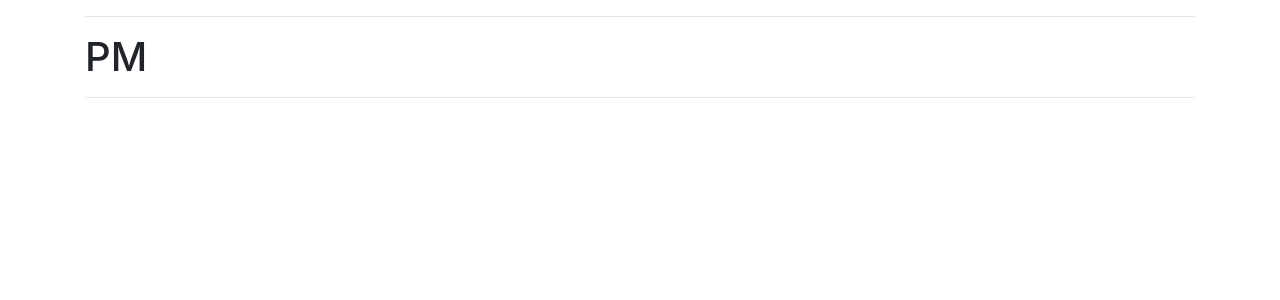
Repository: Akashk29/Wissen-Training-Projects
Page: webjavathings/PM-v1/WebContent/index.html
These files come from the project's save history. The page is drawn as it stood at one moment and after the next save; the edit follows.
The browser window is 1280 px wide. The pictures show the whole page.

Above is the page before, as saved 2018-06-25 09:00:01.

After the next save:
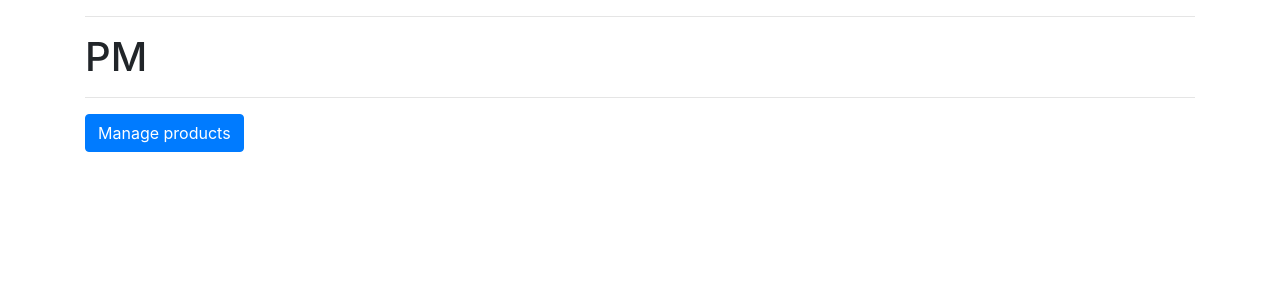
Saved 92 s later.
--- a/webjavathings/PM-v1/WebContent/index.html
+++ b/webjavathings/PM-v1/WebContent/index.html
@@ -11,6 +11,7 @@
 	<h1>PM</h1>
 	<hr />
 
+    <a href ="" class = "btn btn-primary">Manage products</a>
 
 </body>
 </html>
